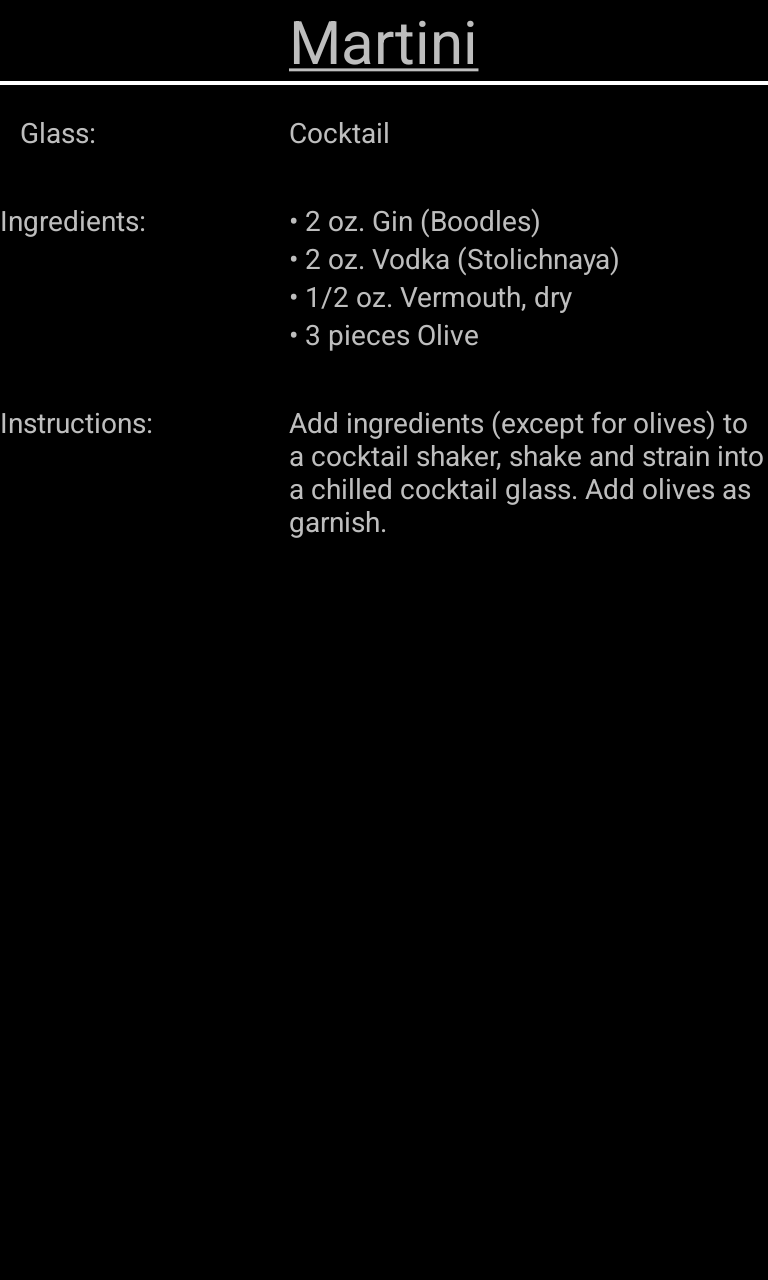
Repository: caltangelo/Drinkables
Layout: CocktailView/res/layout/main.xml
The author's editor kept a copy of each file at every save. The layout is drawn from the files as they stood at one save, then again after the next save.
It is drawn on a 768 x 1280 px phone screen (xhdpi) without system bars, with theme android:Theme; the app's code is not run.

Above is the layout before, as saved 2011-09-22 21:05:39.

After the next save:
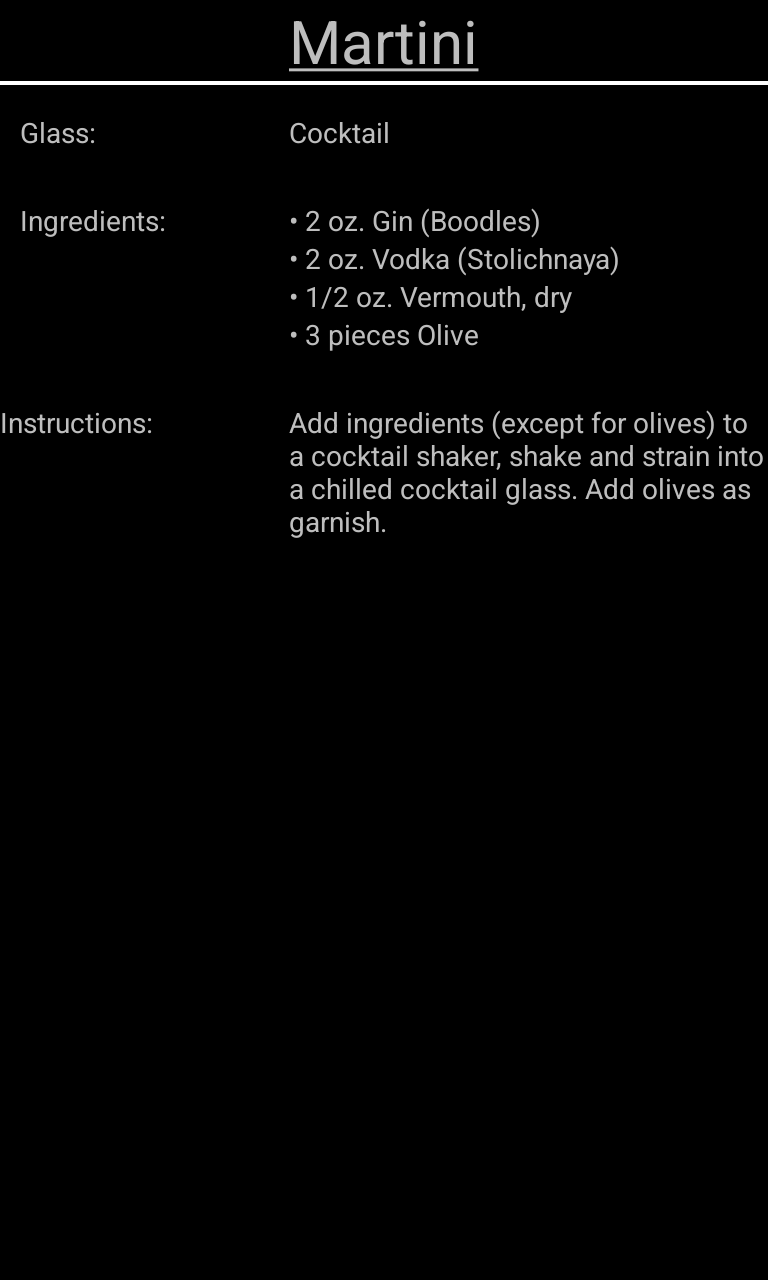
Saved 69 s later.
--- a/CocktailView/res/layout/main.xml
+++ b/CocktailView/res/layout/main.xml
@@ -21,7 +21,7 @@
 	<TextView android:layout_height="wrap_content" android:id="@+id/ingredient_label"
 		android:text="Ingredients: " android:layout_width="wrap_content"
 		android:layout_below="@+id/glass_label"
-		android:layout_alignParentLeft="true" android:layout_marginTop="25dp" />
+		android:layout_alignLeft="@id/glass_label" android:layout_marginTop="25dp" />
 	<TableLayout android:layout_height="wrap_content"
 		android:id="@+id/ingredient_table" android:layout_width="wrap_content"
 		android:layout_alignTop="@+id/ingredient_label"
